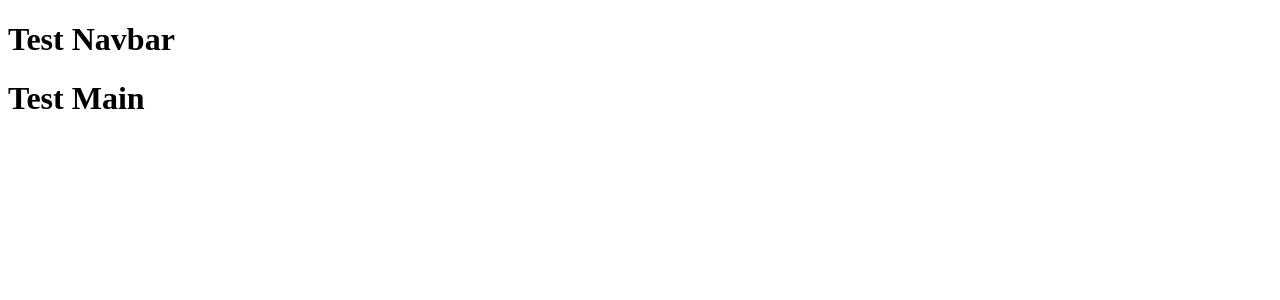
Repository: evemcd/scrimba-react2
Page: / (app in vite-react/)
The author's editor kept a copy of each file at every save. The page is drawn from the files as they stood at one save, then again after the next save.
The browser window is 1280 px wide. The pictures show the whole page.
The project was rebuilt for these pictures with package versions that can differ from the ones it lists, and the page was loaded fresh each time. Also part of the build but not shown: vite-react/vite.config.js.

Above is the page before, as saved 2023-08-04 09:50:23.

After the next save:
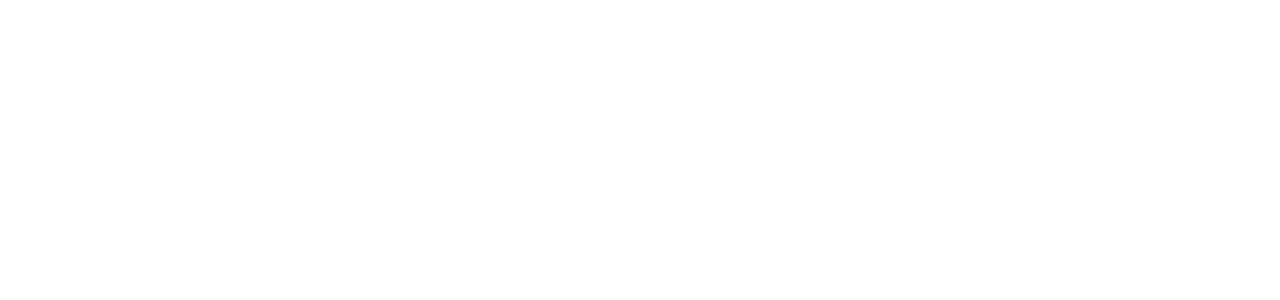
Console error: ReferenceError: App is not defined
Saved 29 s later.
--- a/vite-react/src/index.jsx
+++ b/vite-react/src/index.jsx
@@ -27,8 +27,5 @@
 
 
 ReactDOM.render(
-  <div>
-    <Navbar />
-    <Main />
-  </div>,
+  <App />,
   document.getElementById('root'))

After the 3 saves that followed:
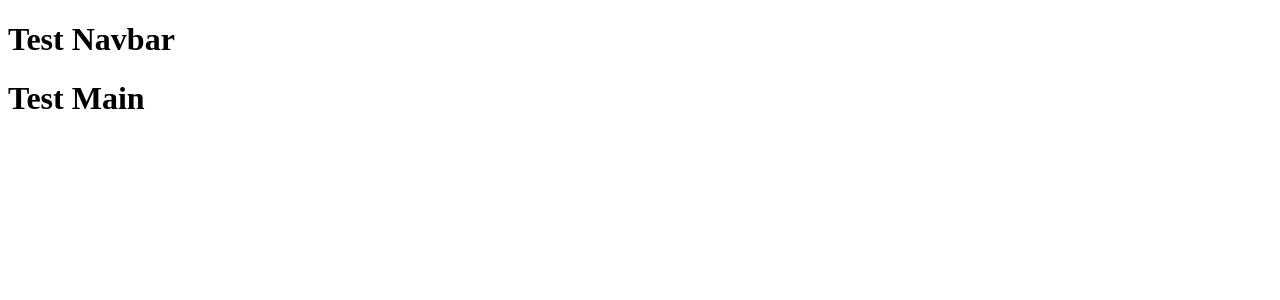
The error is gone.
The 3 saves are shown as one change because 2 did not build or start.
The last was saved 3 min 10 s later.
--- a/vite-react/src/index.jsx
+++ b/vite-react/src/index.jsx
@@ -21,8 +21,9 @@
 import React from 'react'
 import ReactDOM from 'react-dom'
 import './index.css'
-import Navbar from './components/Navbar.jsx'
-import Main from './components/Main.jsx'
+// import Navbar from './components/Navbar.jsx'
+// import Main from './components/Main.jsx'
+import App from './App.jsx'
 
 
 
--- a/vite-react/src/App.jsx
+++ b/vite-react/src/App.jsx
@@ -3,9 +3,11 @@
 import Navbar from './components/Navbar.jsx'
 import Main from './components/Main.jsx'
 
-ReactDOM.render(
-    <div>
-        <Navbar />
-        <Main />
-    </div>,
-    document.getElementById('root'))
+export default function App() {
+    return (
+        <div>
+            <Navbar />
+            <Main />
+        </div>
+    )
+}
